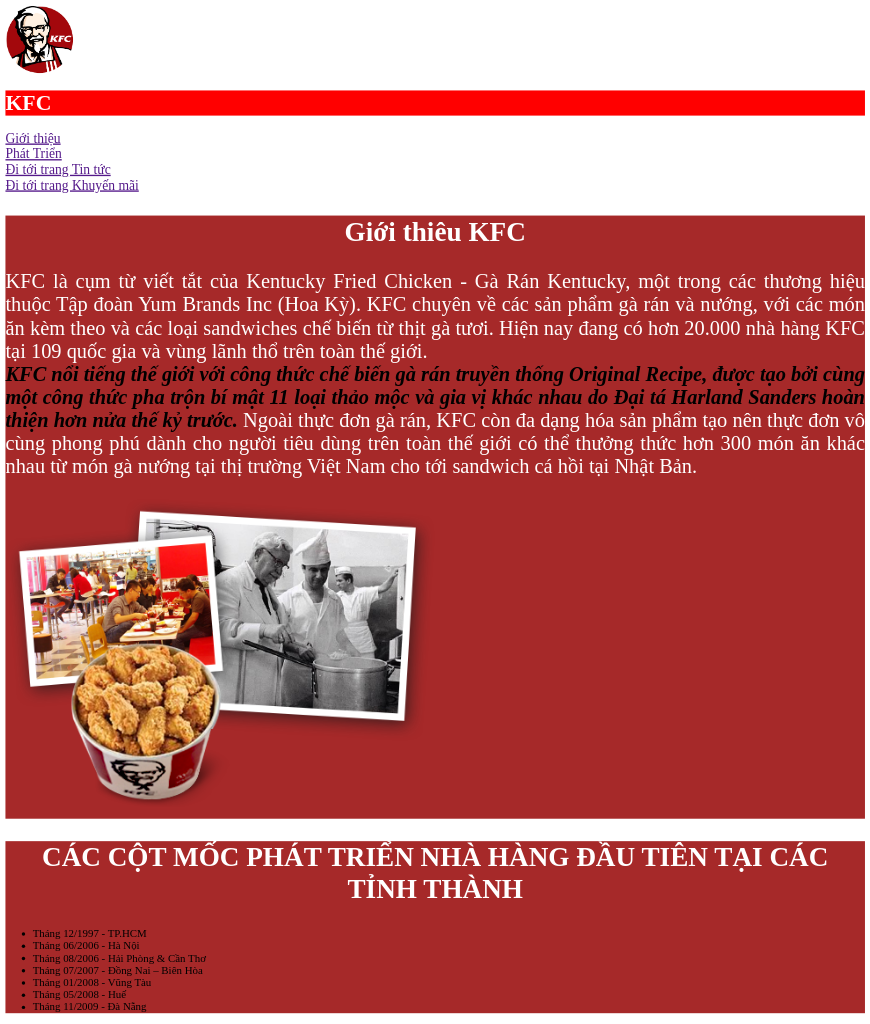
Repository: Edward205204/cybersoft_b1
Page: index.html
These files come from the project's save history. The page is drawn as it stood at one moment and after the next save; the edit follows.
The browser window is 1280 px wide. The pictures show the whole page, at 68% of full size.

Above is the page before, as saved 2024-11-11 23:13:01.

### index.html
<!DOCTYPE html>
<html lang="en">
  <head>
    <meta charset="UTF-8" />
    <meta name="viewport" content="width=device-width, initial-scale=1.0" />
    <title>Document</title>
  </head>
  <body>
    <img src="./img/logo.png" alt="Logo KFC" width="100px" height="100px" />
    <h1 style="background-color: #ff0000; color: white">KFC</h1>
    <ul style="list-style: none; margin: 0; padding: 0; font-size: 20px">
      <li>
        <a href="" style="font-size: 20px">Giới thiệu</a>
      </li>
      <li>
        <a href="">Phát Triển</a>
      </li>
      <li>
        <a href="">Đi tới trang Tin tức</a>
      </li>
      <li>
        <a href="">Đi tới trang Khuyến mãi</a>
      </li>
    </ul>
    <div style="background-color: #a62929">
      <h2 style="text-align: center; font-size: 40px; color: white">
        Giới thiêu KFC
      </h2>
      <p style="color: white; font-size: 30px; text-align: justify">
        KFC là cụm từ viết tắt của Kentucky Fried Chicken - Gà Rán Kentucky, một
        trong các thương hiệu thuộc Tập đoàn Yum Brands Inc (Hoa Kỳ). KFC chuyên
        về các sản phẩm gà rán và nướng, với các món ăn kèm theo và các loại
        sandwiches chế biến từ thịt gà tươi. Hiện nay đang có hơn 20.000 nhà
        hàng KFC tại 109 quốc gia và vùng lãnh thổ trên toàn thế giới.
        <br />

        <i style="color: black">
          <b>
            KFC nổi tiếng thế giới với công thức chế biến gà rán truyền thống
            Original Recipe, được tạo bởi cùng một công thức pha trộn bí mật 11
            loại thảo mộc và gia vị khác nhau do Đại tá Harland Sanders hoàn
            thiện hơn nửa thế kỷ trước.
          </b>
        </i>

        Ngoài thực đơn gà rán, KFC còn đa dạng hóa sản phẩm tạo nên thực đơn vô
        cùng phong phú dành cho người tiêu dùng trên toàn thế giới có thể thưởng
        thức hơn 300 món ăn khác nhau từ món gà nướng tại thị trường Việt Nam
        cho tới sandwich cá hồi tại Nhật Bản.
      </p>
      <img src="./img/about-pic-1.png" alt="anh minh hoa " width="50%" />
    </div>

    <div style="background-color: #a62929">
      <h2 style="text-align: center; font-size: 40px; color: white">
        CÁC CỘT MỐC PHÁT TRIỂN NHÀ HÀNG ĐẦU TIÊN TẠI CÁC TỈNH THÀNH
      </h2>
      <ul>
        <li>Tháng 12/1997 - TP.HCM</li>
        <li>Tháng 06/2006 - Hà Nội</li>
        <li>Tháng 08/2006 - Hải Phòng & Cần Thơ</li>
        <li>Tháng 07/2007 - Đồng Nai – Biên Hòa</li>
        <li>Tháng 01/2008 - Vũng Tàu</li>
        <li>Tháng 05/2008 - Huế</li>
        <li>Tháng 11/2009 - Đà Nẵng</li>
      </ul>
    </div>
  </body>
</html>

After the next save:
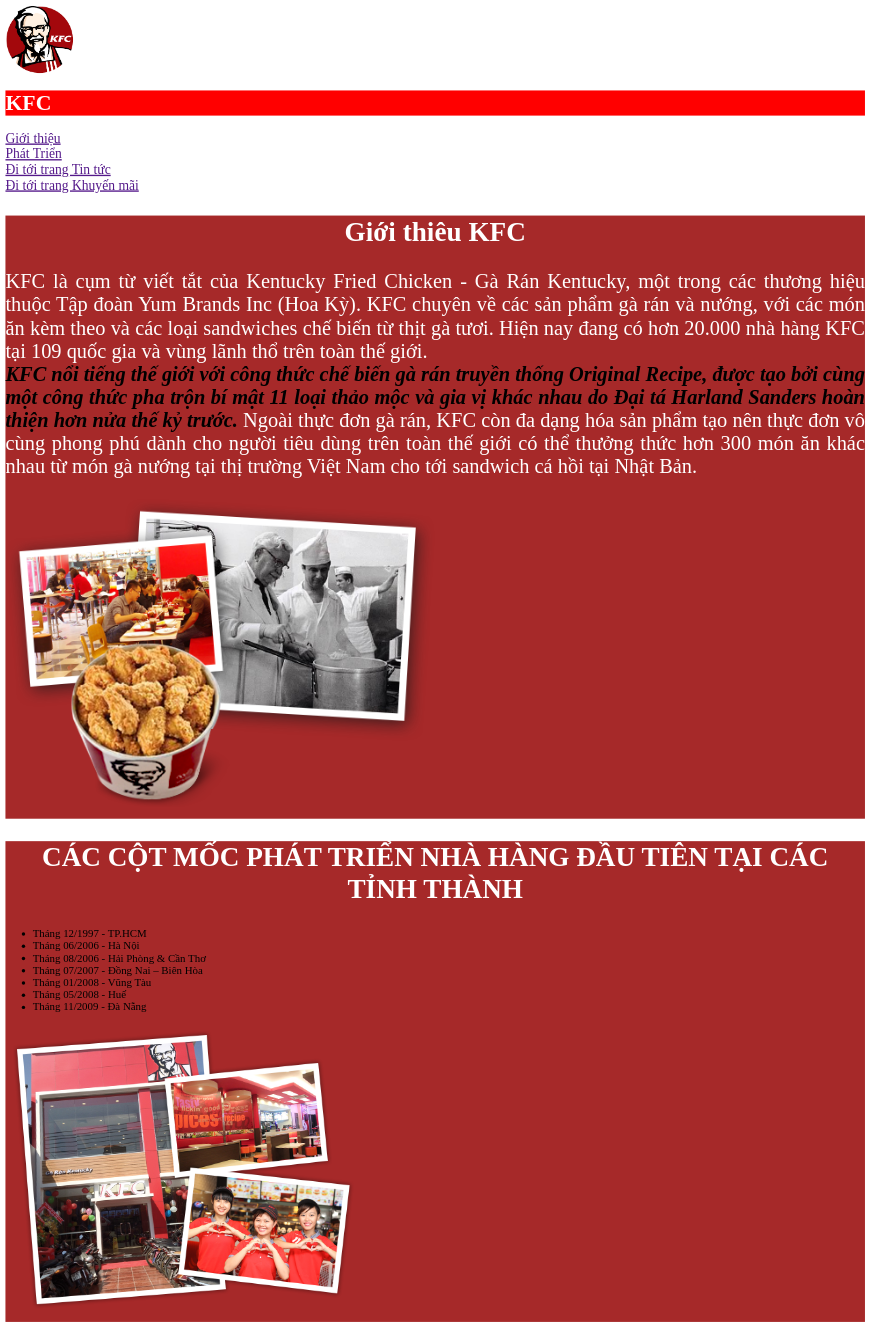
Saved 26 s later.
--- a/index.html
+++ b/index.html
@@ -64,6 +64,7 @@
         <li>Tháng 05/2008 - Huế</li>
         <li>Tháng 11/2009 - Đà Nẵng</li>
       </ul>
+      <img src="./img/about-pic-3.png" alt="" />
     </div>
   </body>
 </html>
